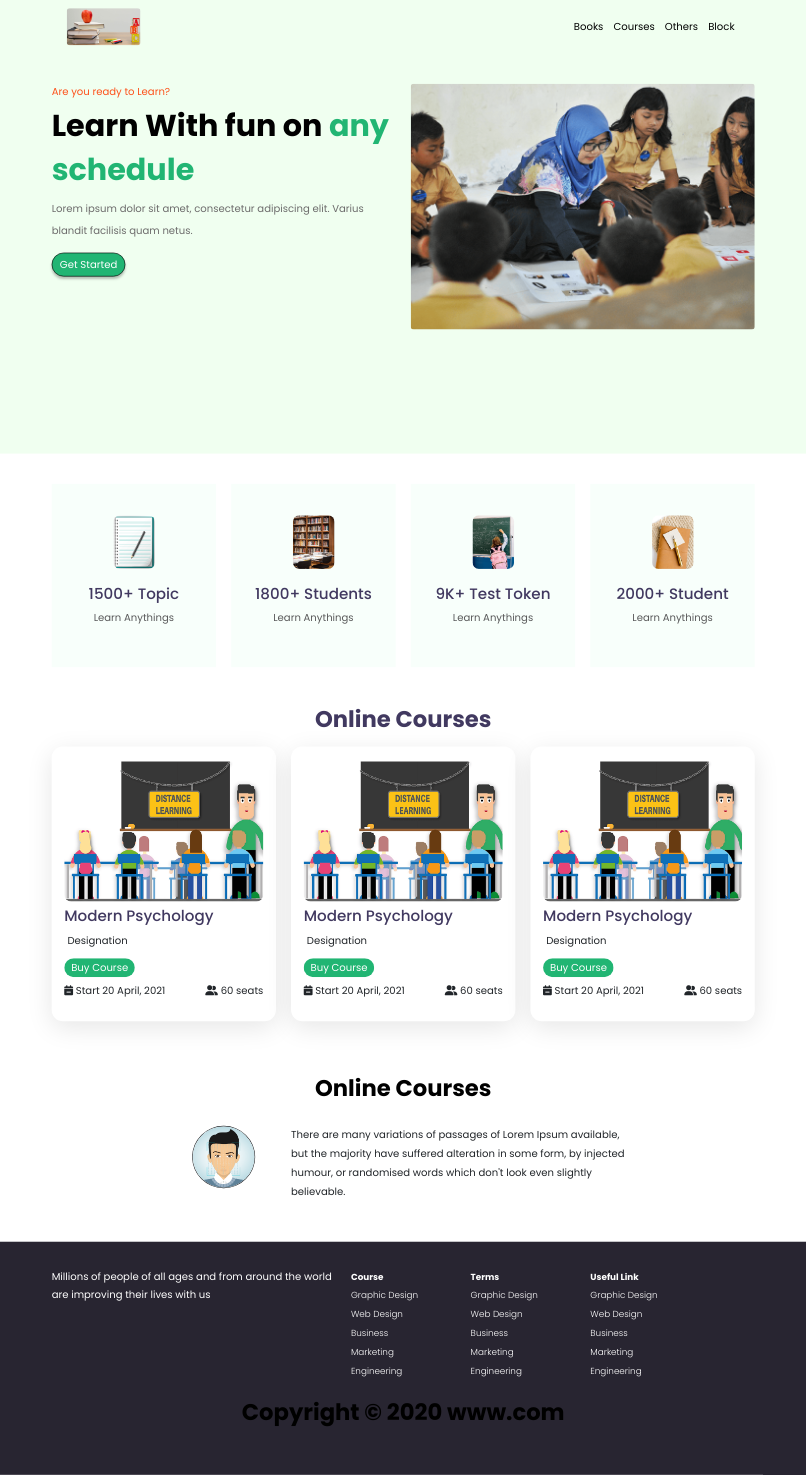
Repository: zjria/Figma-to-E-school
Page: index.html
The author's editor kept a copy of each file at every save. The page is drawn from the files as they stood at one save, then again after the next save.
The browser window is 1280 px wide. The pictures show the whole page, at 63% of full size.
Some web libraries are served in a nearby version.

Above is the page before, as saved 2022-05-07 09:24:33.

After the next save:
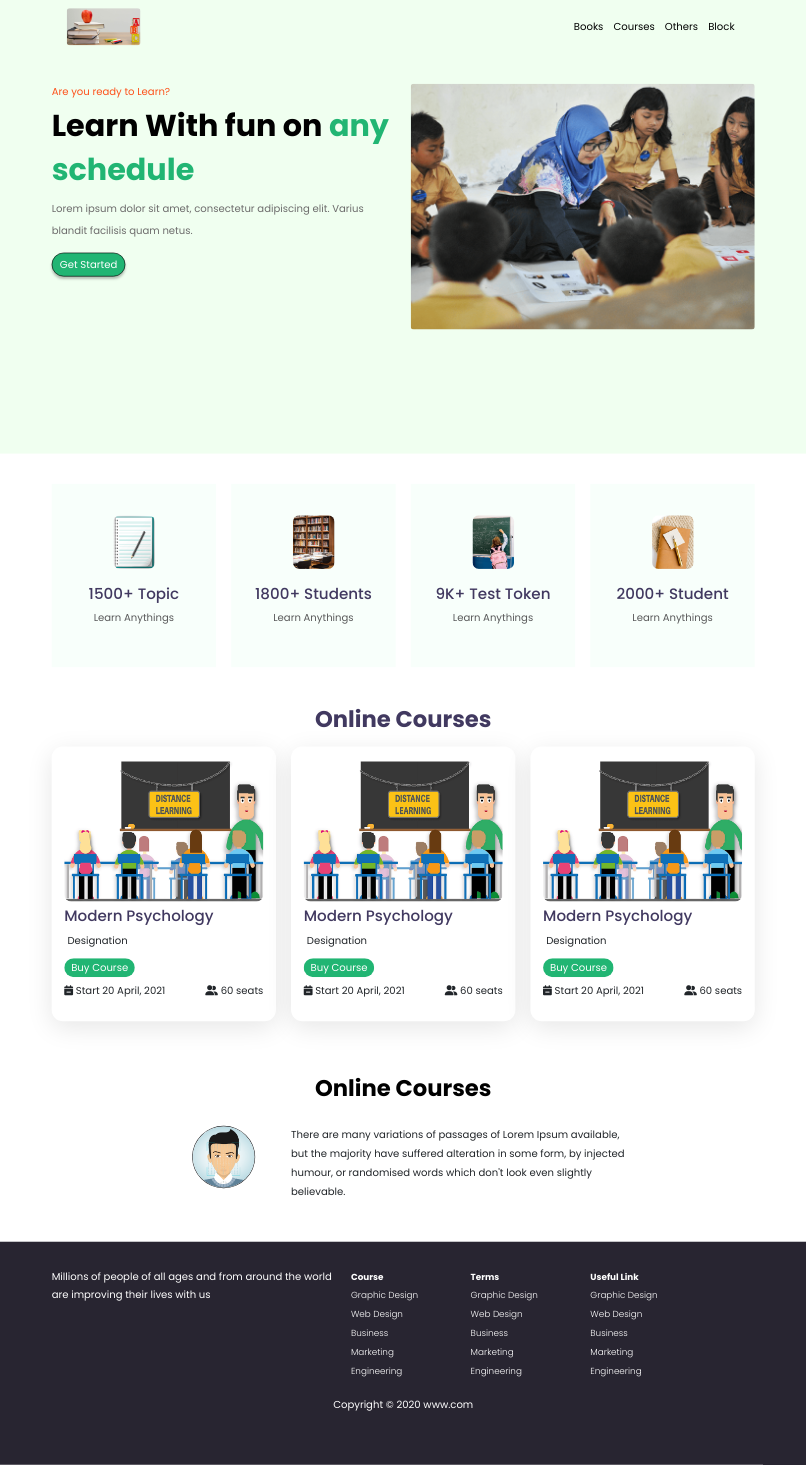
Saved 33 s later.
--- a/index.html
+++ b/index.html
@@ -225,7 +225,7 @@
         </div>
         <div class="row">
           <div class="col-12 online-header testimonial-color">
-            <h1 class="text-center p-4 ">Copyright © 2020 www.com</h1>
+            <p class="text-center p-4 ">Copyright © 2020 www.com</p>
            </div>
          </div>
       </div>
